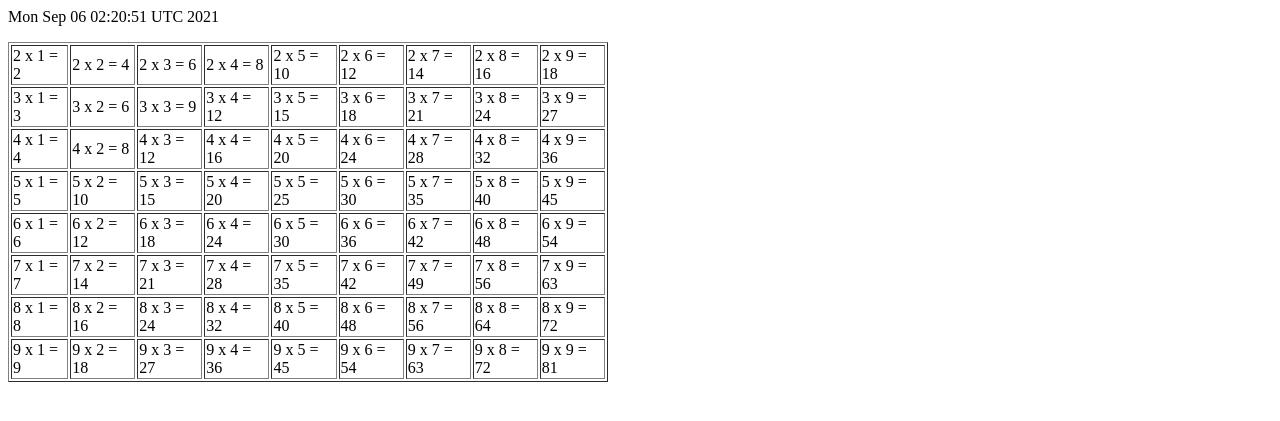
Repository: soobin10236/Class
Page: http://localhost/Web10/
The author's editor kept a copy of each file at every save. The page is drawn from the files as they stood at one save, then again after the next save.
The browser window is 1280 px wide. The pictures show the whole page.
The page is served by Tomcat 9.

Above is the page before, as saved 2021-09-08 02:57:47.

After the next save:
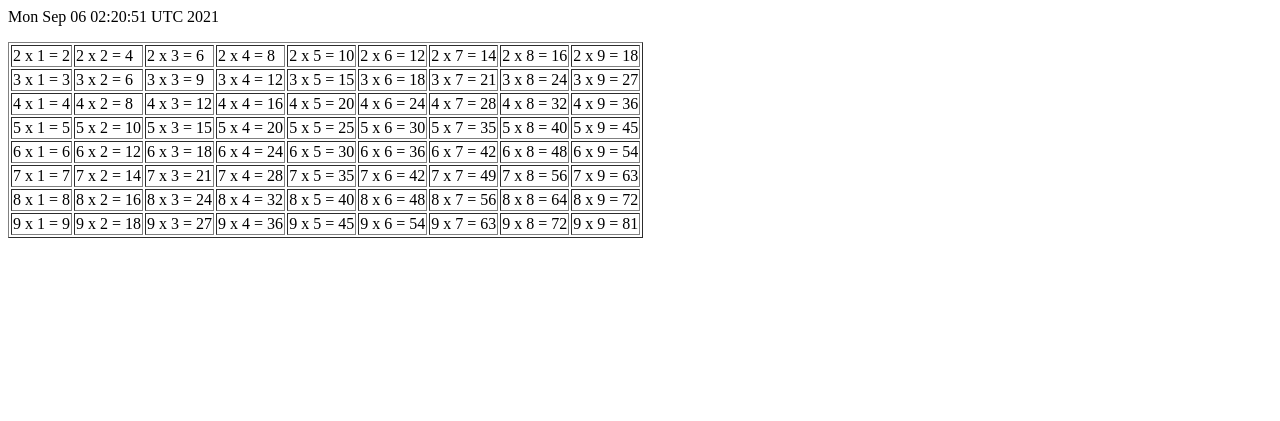
Saved 9 s later.
--- a/Web10/src/main/webapp/index.jsp
+++ b/Web10/src/main/webapp/index.jsp
@@ -23,7 +23,7 @@
 
 	<% Date date = new Date(); %>
 	<%= date %><p>
-	<table border="1" width="600">
+	<table border="1">
 	<%
 	int sum = 0;
 	for(int i=1;i<=8;i++){
